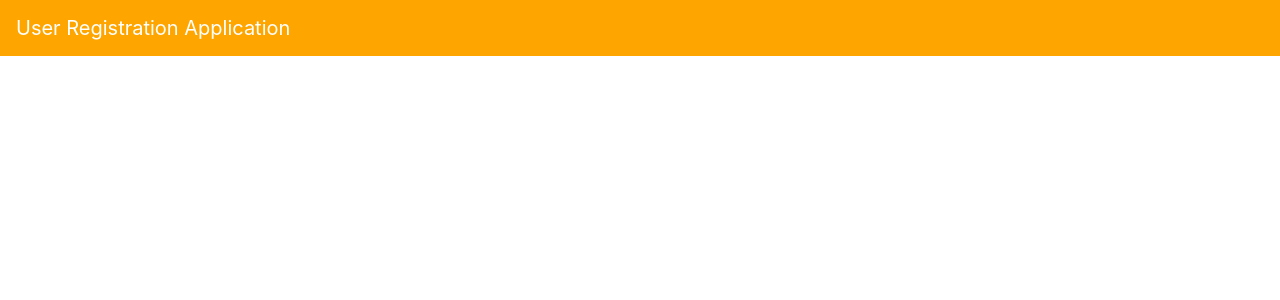
Repository: Malli120391/UserRegistrationSystemCrud
Page: http://localhost/UserRegistrationSystem/userlist.jsp
The author's editor kept a copy of each file at every save. The page is drawn from the files as they stood at one save, then again after the next save.
The browser window is 1280 px wide. The pictures show the whole page.
The page is served by Tomcat 9.

Above is the page before, as saved 2020-12-26 14:35:43.

After the next save:
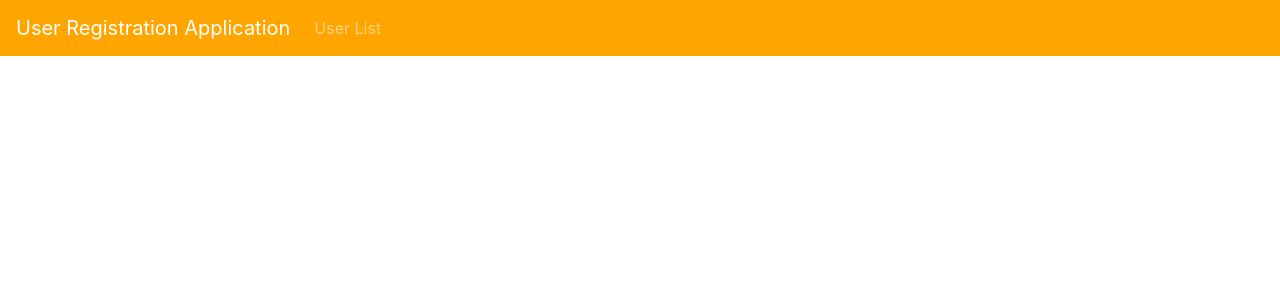
Saved 3 min 57 s later.
--- a/UserRegistrationSystem/WebContent/userlist.jsp
+++ b/UserRegistrationSystem/WebContent/userlist.jsp
@@ -19,8 +19,10 @@
          <a href="http://www.xadmin.net" class="navbar-brand">User
          Registration Application</a>
          </div>
-          <ul>
 
+          <ul class="navbar-nav">
+          <li><a href="<%=request.getContextPath()%>/list" class="nav-link">User List</a>
+          </li>
           </ul>
 
          </nav>
